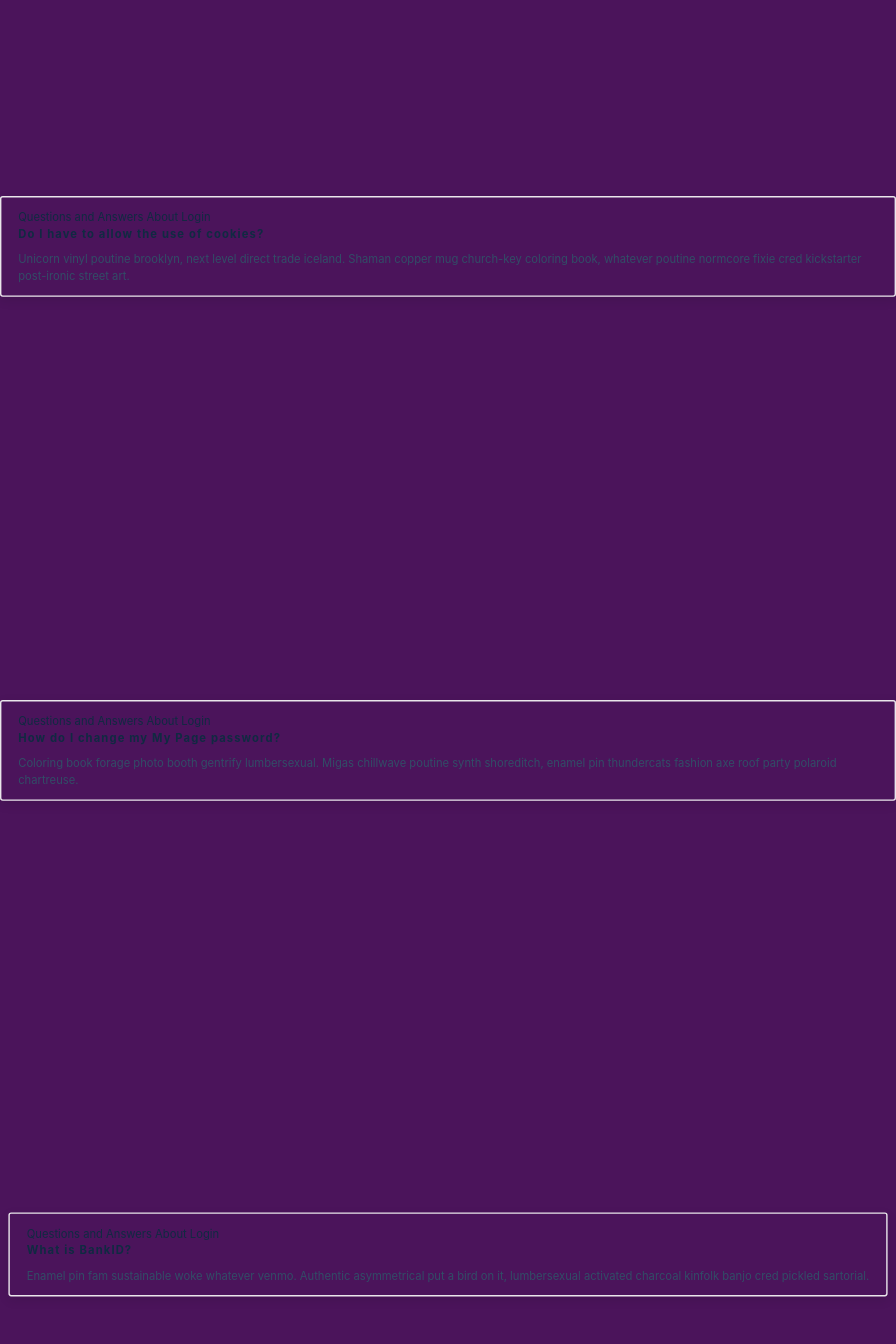
Repository: Reghanoid/Accordion
Page: /
The author's editor kept a copy of each file at every save. The page is drawn from the files as they stood at one save, then again after the next save.
The browser window is 1280 px wide. The pictures show the part of the page from y = 0 to 1920 px (the page is 3600 px tall), at 70% of full size.
The project was rebuilt for these pictures with package versions that can differ from the ones it lists, and the page was loaded fresh each time.

Above is the page before, as saved 2022-06-06 14:54:39.

After the next save:
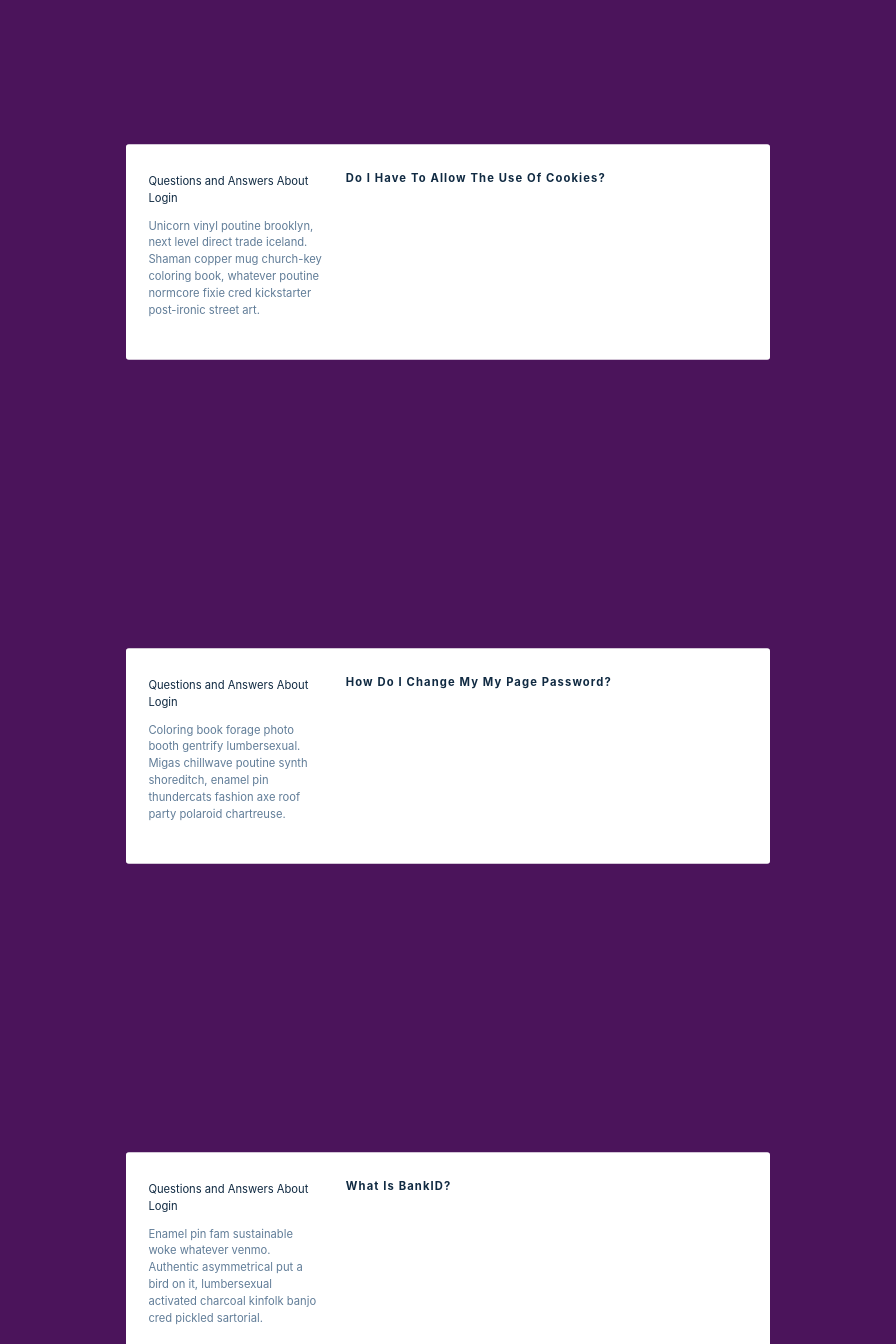
Saved 30 s later.
--- a/src/Question.js
+++ b/src/Question.js
@@ -3,7 +3,7 @@ import { AiOutlineMinus, AiOutlinePlus } from 'react-icons/ai'
 const Question = (props) => {
   return (
     <main>
-      <div className='question'>
+      <div className='container'>
         <header>Questions and Answers About Login</header>
         <h4> {props.title} </h4>
         <p> {props.info} </p>
